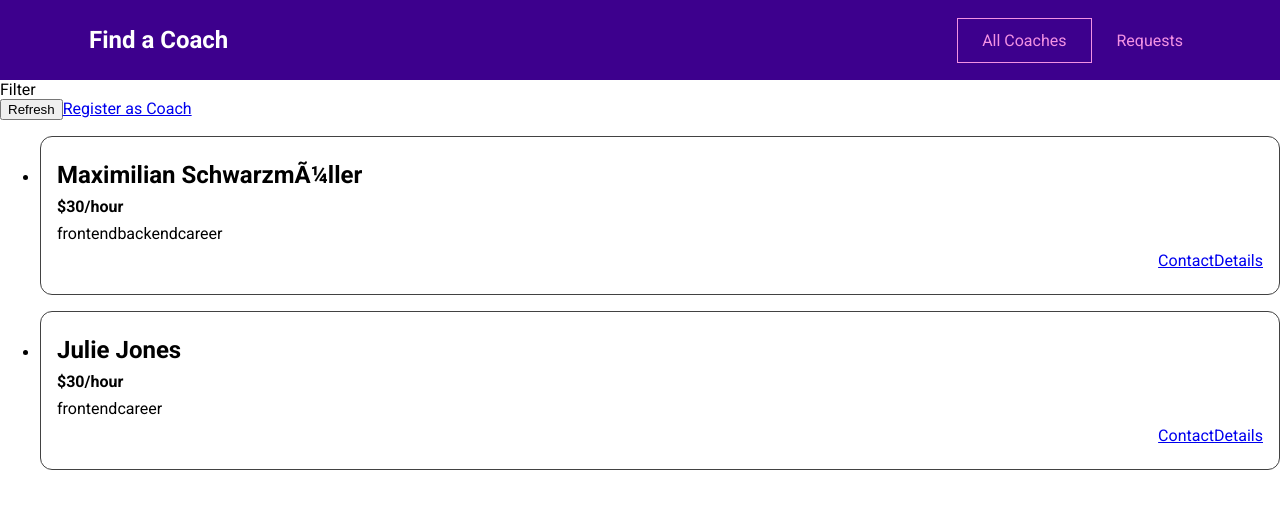
Repository: JesNatTer/coachfinder-app
Page: /
An editor plug-in stored every save of this project. The page is shown before and after the next save, followed by the edit.
The browser window is 1280 px wide. The pictures show the whole page.
The project was rebuilt for these pictures with package versions that can differ from the ones it lists, and the page was loaded fresh each time. Also part of the build but not shown: src/pages/coaches/CoachDetails.vue, src/pages/coaches/CoachRegister.vue, src/pages/requests/ContactCoach.vue, src/pages/requests/RequestsReceived.vue. Imported but missing from the stored project, and not drawn on this page: src/pages/NotFound.vue.

Above is the page before, as saved 2021-11-26 14:34:24.

### src/main.js
import { createApp } from 'vue';
import router from './router.js';
import App from './App.vue';
import store from './store/index.js'

const app = createApp(App);

app.use(router);
app.use(store)

app.mount('#app');

### src/router.js
import { createRouter, createWebHistory } from 'vue-router'
import CoachDetails from './pages/coaches/CoachDetails.vue'
import CoachesList from './pages/coaches/CoachesList.vue'
import CoachRegister from './pages/coaches/CoachRegister.vue'
import ContactCoach from './pages/requests/ContactCoach.vue'
import RequestsReceived from './pages/requests/RequestsReceived.vue'
import NotFound from './pages/NotFound.vue'

const router = createRouter({
    history: createWebHistory(),
    routes: [
        { path: '/', redirect: '/coaches'},
        { path: '/coaches', component: CoachesList },
        { path: '/coaches/:id', component: CoachDetails, children: [
            { path: 'contact', component: ContactCoach } ,
        ] },
        { path: '/register', component: CoachRegister },
        { path: '/requests', component: RequestsReceived },
        { path: '/:notFound(.*)', component: NotFound },
    ]
});

export default router

### src/App.vue
<template>
    <Header/>
    <router-view></router-view>
</template>

<script>
import Header from './components/layout/Header.vue'
export default {
    components: { Header }
}
</script>

<style>
    @import url("https://fonts.googleapis.com/css2?family=Roboto:wght@400;700&display=swap");

    * {
        box-sizing: border-box;
    }

    html {
        font-family: "Roboto", sans-serif;
    }

    body {
        margin: 0;
    }
</style>

### src/store/index.js
import { createStore } from 'vuex'

import coachesModule from './modules/coaches/index.js'

const store = createStore({
    modules: {
        coaches: coachesModule
    }
})

export default store

### src/pages/coaches/CoachesList.vue
<template>
    <section>Filter</section>
    <section>
        <div class="controls">
            <button>Refresh</button>
            <router-link to="/register">Register as Coach</router-link>
        </div>
        <ul v-if="hasCoaches">
            <CoachItem v-for="coach in filteredCoaches" :key="coach.id" :id="coach.id" :first-name="coach.firstName" :last-name="coach.lastName" :rate="coach.hourlyRate" :areas="coach.areas"
            ></CoachItem>
        </ul>
        <h3 v-else>No coaches found.</h3>
    </section>
</template>

<script>
import CoachItem from "../../components/coaches/CoachItem.vue"
export default {
    components: {CoachItem},
    computed: {
        filteredCoaches() {
            return this.$store.getters['coaches/coaches']
        },
        hasCoaches() {
            return this.$store.getters['coaches/hasCoaches']
        }
    }
}
</script>

<style>

</style>

### src/components/layout/Header.vue
<template>
  <header>
      <nav>
            <h1><router-link to="/">Find a Coach</router-link></h1>
            <ul>
              <li>
                <router-link to="/coaches">All Coaches</router-link>
                <router-link to="/requests">Requests</router-link>
              </li>
            </ul>
      </nav>
  </header>
</template>

<script>
export default {

}
</script>

<style scoped>
    header {
  width: 100%;
  height: 5rem;
  background-color: #3d008d;
  display: flex;
  justify-content: center;
  align-items: center;
}

header a {
  text-decoration: none;
  color: #f391e3;
  display: inline-block;
  padding: 0.75rem 1.5rem;
  border: 1px solid transparent;
}

a:active,
a:hover,
a.router-link-active {
  border: 1px solid #f391e3;
}

h1 {
  margin: 0;
}

h1 a {
  color: white;
  margin: 0;
}

h1 a:hover,
h1 a:active,
h1 a.router-link-active {
  border-color: transparent;
}

header nav {
  width: 90%;
  margin: auto;
  display: flex;
  justify-content: space-between;
  align-items: center;
}

header ul {
  list-style: none;
  margin: 0;
  padding: 0;
  display: flex;
  justify-content: center;
  align-items: center;
}

li {
  margin: 0 0.5rem;
}
</style>

### src/store/modules/coaches/index.js
import mutations from './mutations.js'
import actions from './actions.js'
import getters from './getters.js'

export default {
    namespaced:true,
    state() {
        return {
            coaches: [
                {
                  id: 'c1',
                  firstName: 'Maximilian',
                  lastName: 'SchwarzmÃ¼ller',
                  areas: ['frontend', 'backend', 'career'],
                  description:
                    "I'm Maximilian and I've worked as a freelance web developer for years. Let me help you become a developer as well!",
                  hourlyRate: 30
                },
                {
                  id: 'c2',
                  firstName: 'Julie',
                  lastName: 'Jones',
                  areas: ['frontend', 'career'],
                  description:
                    'I am Julie and as a senior developer in a big tech company, I can help you get your first job or progress in your current role.',
                  hourlyRate: 30
                }
              ]
        }
    },
    mutations,
    actions,
    getters,
}

### src/components/coaches/CoachItem.vue
<template>
  <li>
      <h3>{{ fullName }}</h3>
      <h4>${{ rate }}/hour</h4>
      <div>
          <span v-for="area in areas" :key="area">
              {{ area }}
          </span>
      </div>
      <div class="actions">
          <router-link :to="coachContactLink">Contact</router-link>
          <router-link :to="coachDetailsLink">Details</router-link>
      </div>
  </li>
</template>

<script>
export default {
    props: ['id', 'firstName', 'lastName', 'rate', 'areas'],
    computed: {
        fullName() {
            return this.firstName + " " + this.lastName
        },
        coachContactLink() {
            return this.$route.path + '/' + this.id + '/contact'
        },
        coachDetailsLink() {
            return this.$route.path + '/' + this.id
        }
    }
}
</script>

<style scoped>
li {
  margin: 1rem 0;
  border: 1px solid #424242;
  border-radius: 12px;
  padding: 1rem;
}

h3 {
  font-size: 1.5rem;
}

h3,
h4 {
  margin: 0.5rem 0;
}

div {
  margin: 0.5rem 0;
}

.actions {
  display: flex;
  justify-content: flex-end;
}
</style>

### src/store/modules/coaches/getters.js
export default {
    coaches(state) {
        return state.coaches
    },
    hasCoaches(state) {
        return state.coaches && state.coaches.length > 0
    }
};

Loaded but not shown: public/index.html (common file); src/store/modules/coaches/mutations.js (common file); src/store/modules/coaches/actions.js (common file)

After the next save:
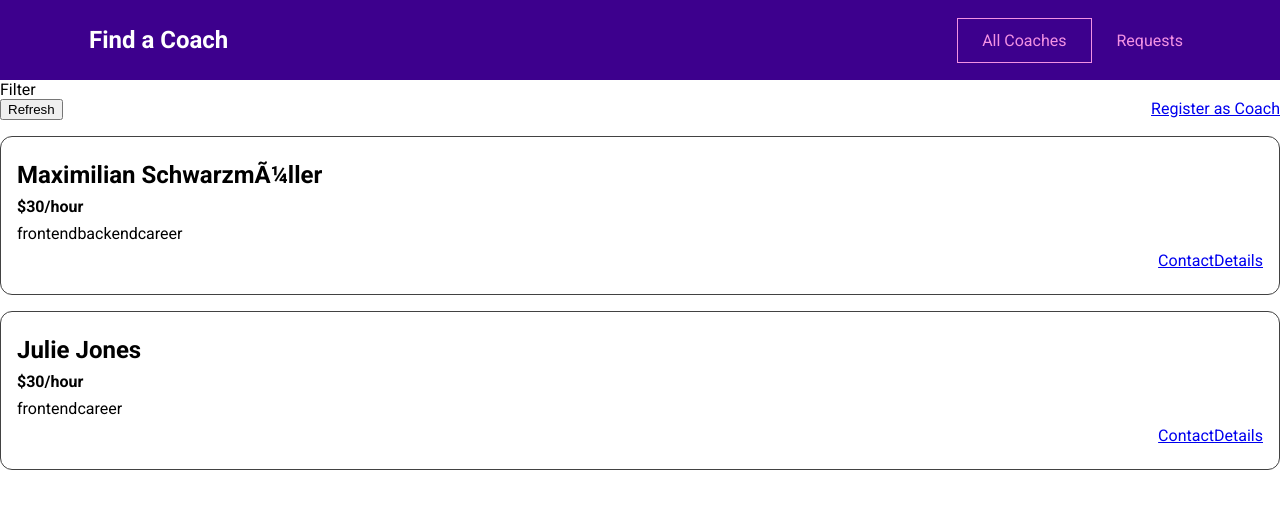
Saved 43 s later.
--- a/src/pages/coaches/CoachesList.vue
+++ b/src/pages/coaches/CoachesList.vue
@@ -28,6 +28,15 @@ export default {
 }
 </script>
 
-<style>
+<style scoped>
+ul {
+  list-style: none;
+  margin: 0;
+  padding: 0;
+}
 
+.controls {
+  display: flex;
+  justify-content: space-between;
+}
 </style>
